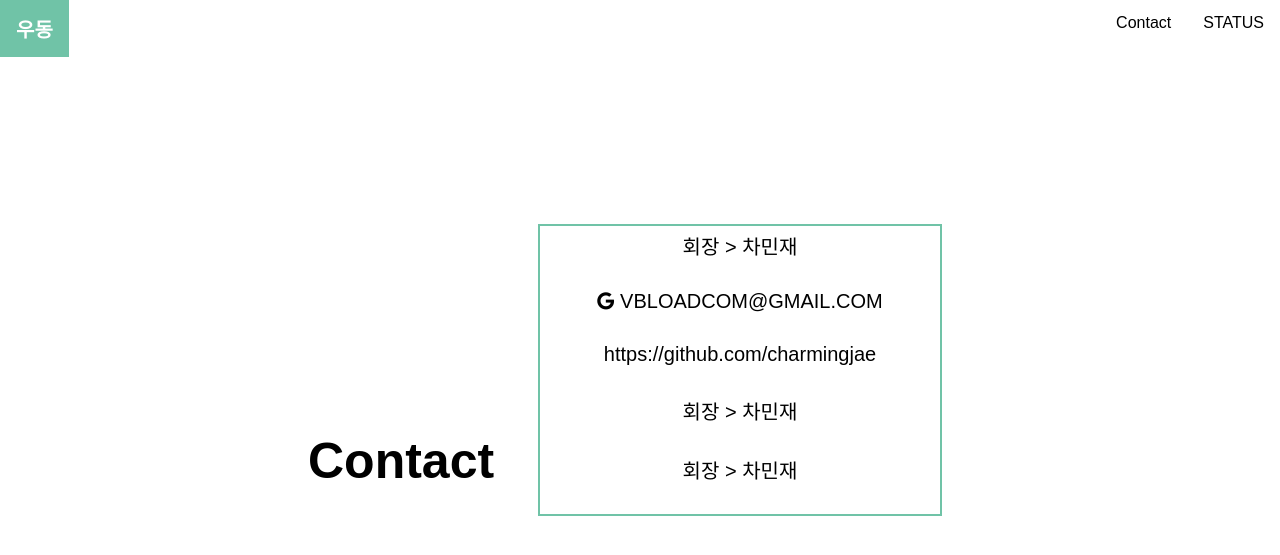
Repository: charmingjae/circles
Page: http://localhost/circles/root/contact.jsp
An editor plug-in stored every save of this project. The page is shown before and after the next save, followed by the edit.
The browser window is 1280 px wide. The pictures show the whole page.
Some web fonts or font styles are not loaded; a fallback is used. The page is served by Tomcat 9. Other server files are loaded and not shown.

Above is the page before, as saved 2020-07-09 15:05:17.

### circles/WebContent/root/contact.jsp
<%@ page language="java" contentType="text/html; charset=UTF-8"
    pageEncoding="UTF-8"%>
<!DOCTYPE html>
<html>
<head>
	<meta charset="UTF-8">
	<title>MOJUK</title>

	<!-- Link contact.css -->
	<link href="../css/contact.css" rel="stylesheet" type="text/css">

	<!-- font-awesome link -->
	 <link rel="stylesheet" type="text/css" href="https://maxcdn.bootstrapcdn.com/font-awesome/4.7.0/css/font-awesome.min.css">
</head>
<body>
	<!-- include header -->
	<%@include file ="../navbar/navbar.jsp" %>

	<form onsubmit="return false;" action="wrInfo.jsp" class="container" method="post" name="frmStuNo">
		<div class="container">
			<span id="head"> Contact </span>
			<div class="main">
				<span id="showEtc"> 회장 > 차민재 </span>
				<span id="showEtc"><i class="fa fa-google" aria-hidden="true"></i> VBLOADCOM@GMAIL.COM  </span>
				<span id="showEtc">  https://github.com/charmingjae</span>
				<span id="showEtc"> 회장 > 차민재 </span>
				<span id="showEtc"> 회장 > 차민재 </span>
			</div>
		</div>
	</form>
</body>
</html>

### circles/WebContent/navbar/navbar.jsp
<%@ page language="java" contentType="text/html; charset=UTF-8"
    pageEncoding="UTF-8"%>
<!DOCTYPE html>
<html>
<head>
<meta charset="UTF-8">
<title></title>

	<!-- Link navbar.css -->
	<link href="../css/navbar.css" rel="stylesheet" type="text/css">
</head>
	<%
		String getSession = (String)session.getAttribute("userID");
	%>
<body>
	<ul id="main-menu">
		<li class="headName" id="main-menu1"><a href="../root/index.jsp" class="headName">우동</a></li>
		<%
			if((getSession != null) && (getSession.isEmpty() == false)){
				%>
				<li style="float:right" id="main-menu2"><a class="active" href="../root/admPg.jsp"><%=getSession %>님 환영합니다.</a>
					<ul id="sub-menu">
						<li><a class="subAct" href="../mojuk/member.jsp">🍀동아리원🍀</a></li>
						<li><a class="subAct" href="../proc/logout.jsp">로그아웃</a></li>
					</ul>
				</li>
				<%
			}
			else{

				%>
				<li style="float:right"><a class="active" href="../root/status.jsp">STATUS</a></li>
				<%
			}
		%>
		<li style="float:right"><a class="active" href="../root/contact.jsp">Contact</a></li>
	</ul>
</body>
</html>

### circles/WebContent/css/contact.css
@charset "UTF-8";


@import url(https://cdn.jsdelivr.net/gh/moonspam/NanumSquare@1.0/nanumsquare.css);

body {
    font-family: 'NanumSquare', sans-serif;
}

/* Chrome, iex, fire-fox Settings */
input:-ms-input-placeholder {color:#a8a8a8;}
input::-webkit-input-placeholder{color:#a8a8a8;}
input::-moz-placeholder{columns: #a8a8a8;}

/* Head Comment */
/* 나중에 px단위를 가변 단위로 바꿀 수 있으면 좋겠다. :-) */

html,body{
	height: 100%;
}

body{
	display:table-cell;
	margin: 0 auto;
}

/* .container{
	height: 100%;
	display: table-cell;
	vertical-align: middle;
	text-align:center;
} */

.container{
	display:inline-block;
	width:100%;
	position:absolute;
	left:50%;
	top:50%;
	transform: translate(-50%, -50%);
	vertical-align: middle;
	text-align:center;
}


/* Contact 관련 css */
#head{
	font-size: 50px;
	font-weight: bold;
}


/* 학번 입력 div Settings */
div .main{
	margin-left: 30px;
	margin-right: 30px;
	display:inline-block;
    height:100%;
    width: 400px;
    border: 2px solid #70c3a7;
    background: #ffffff;
    margin-top: 20px;
}


#showEtc{
	font-size:20px;
	display:block;
	margin-top : 5px;
	margin-bottom: 30px;
}

### circles/WebContent/css/navbar.css
@charset "UTF-8";

@import url(https://cdn.jsdelivr.net/gh/moonspam/NanumSquare@1.0/nanumsquare.css);

body {
    font-family: 'NanumSquare', sans-serif;
}

ul{
	width:100%;
	list-style-type: none;
	margin: 0;
	padding: 0;
	background-color: #ffffff;
	position:fixed;
}

li {
	float:none;
}

a {

  display: inline-block;
  color: black;
  text-align: center;
  padding: 14px 16px;
  text-decoration: none;
}

/* Change the link color to #111 (black) on hover */
a:hover {
  background-color: #70c3a7;
  color:#ffffff;
}

li .headName{
	font-weight: bold;
}

#sub-menu{
	position:absolute;
	opacity: 0;
	visibility: hidden;
}

#main-menu1{
	font-size: 20px;
}

#main-menu1, #main-menu2{
	float:left;
}

#main-menu2:hover #sub-menu{
	opacity:1;
	visibility:visible;
}
.subAct{
	width:130px !important;
}

After the next save:
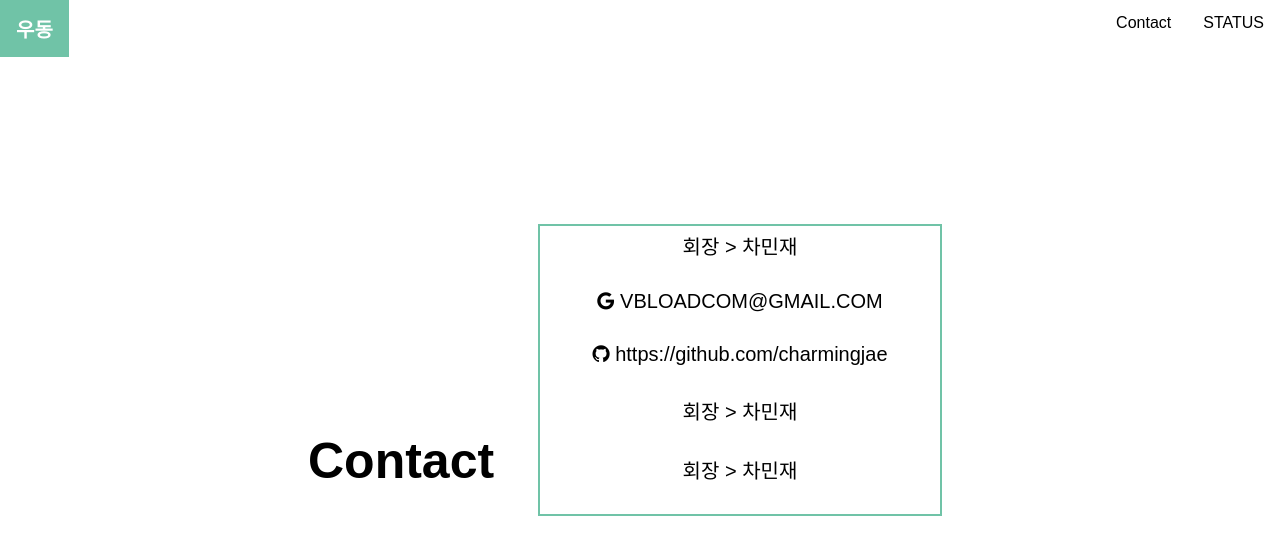
Saved 21 s later.
--- a/circles/WebContent/root/contact.jsp
+++ b/circles/WebContent/root/contact.jsp
@@ -22,7 +22,7 @@
 			<div class="main">
 				<span id="showEtc"> 회장 > 차민재 </span>
 				<span id="showEtc"><i class="fa fa-google" aria-hidden="true"></i> VBLOADCOM@GMAIL.COM  </span>
-				<span id="showEtc">  https://github.com/charmingjae</span>
+				<span id="showEtc"><i class="fa fa-github" aria-hidden="true"></i> https://github.com/charmingjae</span>
 				<span id="showEtc"> 회장 > 차민재 </span>
 				<span id="showEtc"> 회장 > 차민재 </span>
 			</div>
